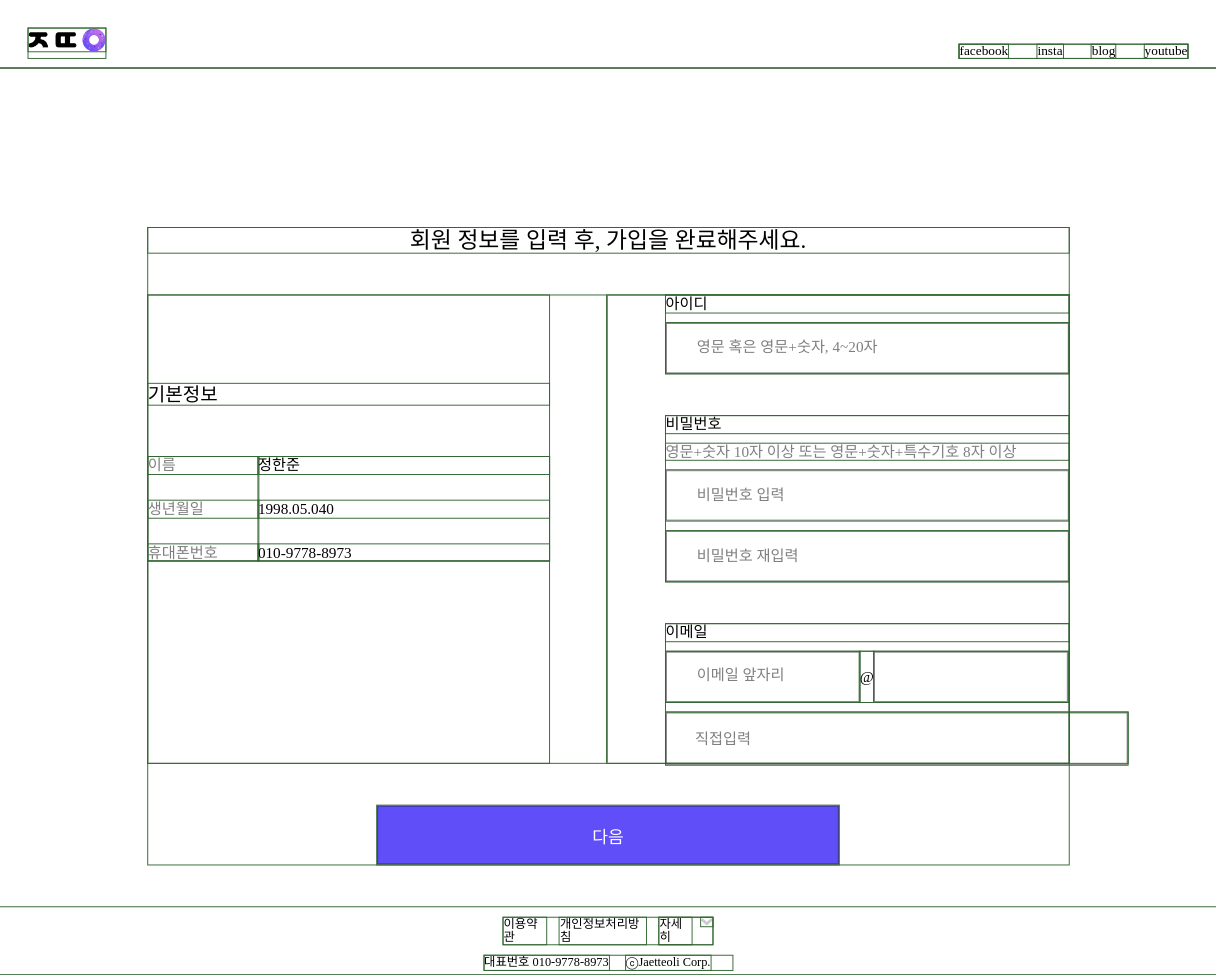
Repository: raoniee/Jaetteoli-React-Project
Page: /signup/begin
These files come from the project's save history. The page is drawn as it stood at one moment and after the next save; the edit follows.
The browser window is 1280 px wide. The pictures show the whole page, at 95% of full size.
Some web fonts or font styles are not loaded; a fallback is used. The project was rebuilt for these pictures with package versions that can differ from the ones it lists, and the page was loaded fresh each time. Also part of the build but not shown: src/component/main/ManageReview.module.css, src/component/main/ReviewContainer.module.css, src/component/main/ReviewItem.module.css, src/component/main/ReviewItem.js, src/component/main/ReviewContainer.js, src/component/sidebar/SideBar.module.css, src/component/sidebar/SideBar.js, src/component/main/ManageReview.js and 60 more.

Above is the page before, as saved 2023-07-06 23:58:31.

### public/index.html
<!DOCTYPE html>
<html lang="en">
<script src="//t1.daumcdn.net/mapjsapi/bundle/postcode/prod/postcode.v2.js"></script>
<head>
  <meta charset="utf-8" />
  <link rel="icon" href="%PUBLIC_URL%/favicon.ico" />
  <meta name="viewport" content="width=device-width, initial-scale=1" />
  <meta name="theme-color" content="#000000" />
  <meta name="description" content="Web site created using create-react-app" />
  <link rel="apple-touch-icon" href="%PUBLIC_URL%/logo192.png" />
  <link rel="manifest" href="%PUBLIC_URL%/manifest.json" />
  <title>재떨이</title>
</head>

<body>
  <div id="overlays"></div>
  <div id="root"></div>
</body>

</html>

### src/App.js
import Header from "./component/header/Header";
import ManageReview from "./component/main/ManageReview";
import TodayMenu from "./component/main/TodayMenu";
import TodayOrder from "./component/main/TodayOrder";
import ManageSale from "./component/main/ManageSale";

// Membership
import MembershipStart from "./component/memberShip/MembershipStart";
import MembershipInformation from "./component/memberShip/MembershipInformation";
import MembershipEnd from "./component/memberShip/MembershipEnd";

// login
import LoginStart from "./component/login/LoginStart";
import Search from "./component/login/Search";
import IDShow from "./component/login/IDShow";
import PasswordNew from "./component/login/PasswordNew";

import Regist1 from "./component/register/Regist1";
import Regist2 from "./component/register/Regist2";
import Regist3 from "./component/register/Regist3";

import { RouterProvider, createBrowserRouter } from "react-router-dom";
import SideBar from "./component/sidebar/SideBar";
import Home from "./component/home/Home";

const router = createBrowserRouter([
  { path: "/", element: <Home /> },
  // Membership
  { path: "/signup/agree", element: <MembershipStart /> },
  { path: "/signup/begin", element: <MembershipInformation /> },
  { path: "/signup/complete", element: <MembershipEnd /> },
  // login
  { path: "/login", element: <LoginStart /> },
  { path: "/help", element: <Search /> },
  { path: "/help/complete", element: <IDShow /> },
  { path: "/help/new-pw", element: <PasswordNew /> },
  //
  { path: "/today/menu", element: <TodayMenu /> },
  { path: "/today/order", element: <TodayOrder /> },
  { path: "/review", element: <ManageReview /> },
  { path: "/sales", element: <ManageSale /> },
  { path: "/register/store", element: <Regist1 /> },
  { path: "/register/menu", element: <Regist2 /> },
  { path: "/register/origin", element: <Regist3 /> },
]);

function App() {
  return <RouterProvider router={router} />;
}

export default App;

### src/store/index.js
import React from 'react';
import { configureStore } from '@reduxjs/toolkit';
import authReducer from './auth'

export default configureStore({
    reducer: {
        auth: authReducer
    },
})

### src/component/header/Header.js
import Nav from './Nav';
import style from './Header.module.css'
import logo from '../../assets/images/logo.png'

const Header = () => {
    return (
        <header>
            <div className={style.logo}>
                <img className={style.logoImg} src={logo}></img>
            </div>
            <Nav />
        </header>
    )
}

export default Header;

### src/component/memberShip/MembershipInformation.jsx
import React from "react";
import Footer from "../footer/Footer";
import Header from "../header/Header";
import style from "./MembershipInformation.module.css";

export default function MembershipInformation() {
  return (
    <div className={style.container}>
      <Header />
      <div className={style.MembershipInformation}>
        <span className={style.title}>
          회원 정보를 입력 후, 가입을 완료해주세요.
        </span>

        <div className={style.wrap}>
          <div className={style.left}>
            <p>기본정보</p>
            <div className={style.profile}>
              <ul className={style.profile_left}>
                <li>이름</li>
                <li>생년월일</li>
                <li>휴대폰번호</li>
              </ul>
              <ul className={style.profile_right}>
                <li>정한준</li>
                <li>1998.05.040</li>
                <li>010-9778-8973</li>
              </ul>
            </div>
          </div>

          <div className={style.right}>
            <form action="" className={style.ID}>
              <label htmlFor="">아이디</label>
              <input type="text" placeholder="영문 혹은 영문+숫자, 4~20자" />
            </form>

            <form action="" className={style.PASSWORD}>
              <label htmlFor="">비밀번호</label>
              <label htmlFor="">
                영문+숫자 10자 이상 또는 영문+숫자+특수기호 8자 이상
              </label>
              <input type="password" placeholder="비밀번호 입력" />
              <input type="password" placeholder="비밀번호 재입력" />
            </form>

            <form action="" className={style.EMAIL}>
              <label htmlFor="">이메일</label>
              <div className={style.email_input}>
                <input type="text" placeholder="이메일 앞자리" />
                <label>@</label>
                <input type="text" />
              </div>
              <ul className={style.email_link}>
                <li>직접입력</li>
              </ul>
            </form>
          </div>
        </div>

        <button className={style.bluebutton}>다음</button>
      </div>
      <Footer />
    </div>
  );
}

### src/store/auth.js
import { createSlice } from '@reduxjs/toolkit';

const initialStateValue = { jwt: '', name: '', firstLogin: 1, menuRegister: 1 }

export const authSlice = createSlice({
    name: "auth",
    initialState: { value: { jwt: '', name: '', firstLogin: 1, menuRegister: 1 } },
    reducers: {
        login: (state, action) => {
            state.value = action.payload
        },
        logout: (state) => {
            state.value = initialStateValue
        }
    },
});

export default authSlice.reducer;
export const { login, logout } = authSlice.actions;

### src/component/header/Nav.js
import style from './Nav.module.css'

const Nav = () => {
    return(
        <nav className={style.nav}>
            <ul className={style.navList}>
                <li>facebook</li>
                <li>insta</li>
                <li>blog</li>
                <li>youtube</li>
            </ul>
        </nav>
    )
}

export default Nav;

### src/component/header/Header.module.css
header {
    font-family: "Pretendard-SemiBold";
    width: 100%;
    height: 72px;
    display: flex;
    align-items: flex-end;
    justify-content: space-between;
    padding: 10px 30px;
    box-sizing: border-box;
    position: fixed;
    top: 0;
    left: 0;
    background-color: white;
    z-index: 1;
    border-bottom: 1px solid black;
}

.logoImg {
    width: 81px;
    height: 24px;
    margin-bottom: 4px;
}

### src/component/footer/Footer.jsx
import React from "react";
import style from "./Footer.module.css";
import { ReactComponent as ArrowDown } from '../../assets/images/arrow_down.svg'

export default function Footer() {
  return (
    <footer>
      <ul className={style.top}>
        <li>이용약관</li>
        <li>개인정보처리방침</li>
        <li>
          <p>자세히</p>
          <ArrowDown></ArrowDown>
        </li>
      </ul>
      <ul className={style.bottom}>
        <li>대표번호 010-9778-8973</li>
        <li>ⓒJaetteoli Corp.</li>
      </ul>
    </footer>
  );
}

### src/component/memberShip/MembershipInformation.module.css
.container {
  display: flex;
  flex-direction: column;
}

.MembershipInformation {
  margin: 0 auto;
  margin-top: 240px;
  margin-bottom: 45px;
}

.title {
  display: block;
  text-align: center;
  font-weight: 300;
  font-size: 24px;
  line-height: 26.4px;
  margin-bottom: 45px;
}

.wrap {
  display: flex;
  width: 969px;
  margin-bottom: 45px;
}

.left {
  padding-top: 93px;
  width: 422px;
  margin-right: 61px;
}

.left p {
  font-weight: 300;
  font-size: 20px;
  line-height: 22px;
  margin-bottom: 55px;
}

.left .profile {
  display: flex;

  font-weight: 300;
  font-size: 16px;
  line-height: 17.6px;
}

.left .profile_left {
  display: flex;
  flex-direction: column;
  gap: 28px;
  color: rgba(0, 0, 0, 0.5);

  width: 116px;
}

.left .profile_right {
  display: flex;
  flex-direction: column;
  gap: 28px;

  width: 306px;
}

.right {
  width: 486px;
  padding-left: 61px;
  font-weight: 300;
  font-size: 16px;
  line-height: 17.6px;
  border-left: 1px solid rgba(0, 0, 0, 0.5);
}

.right input {
  height: 53px;
  border: 1px solid rgba(0, 0, 0, 0.5);
}

.right input::placeholder {
  font-weight: 300;
  font-size: 16px;
  line-height: 17.6px;
  color: rgba(0, 0, 0, 0.5);
  padding-left: 30px;
}

.right .ID {
  display: flex;
  flex-direction: column;
  gap: 11px;
  margin-bottom: 45px;
}

.right .PASSWORD {
  display: flex;
  flex-direction: column;
  gap: 11px;
  margin-bottom: 45px;
}

.right .PASSWORD label:nth-child(2) {
  color: rgba(0, 0, 0, 0.5);
}

.right .EMAIL {
  display: flex;
  flex-direction: column;
  gap: 11px;
}

.right .EMAIL .email_input {
  display: flex;
  justify-content: space-between;
}

.right .EMAIL .email_input input {
  width: 217px;
}

.right .EMAIL .email_input label {
  line-height: 53px;
}

.right .EMAIL .email_link {
  width: 486px;
  height: 53px;
}

.right .EMAIL .email_link li {
  width: inherit;
  padding-left: 30px;
  border: 1px solid rgba(0, 0, 0, 0.5);
  line-height: 53px;
  color: rgba(0, 0, 0, 0.5);
}

.bluebutton {
  display: block;
  margin: 0 auto;
  width: 486px;
  height: 62px;
  background-color: rgba(96, 78, 248, 1);
  border: 1px solid rgba(0, 0, 0, 0.5);
  color: rgba(255, 255, 255, 1);
}

### src/component/header/Nav.module.css
.nav {
    font-family: "Pretendard-Regular";
    font-size: 14px;
}

.navList {
    width: 240px;
    display: flex;
    justify-content: space-between;
}

### src/component/memberShip/AgreeAlert.module.css
* {
  font-family: "Fira Sans";
  box-sizing: border-box;
}

.wrap {
  position: absolute;
  top: 50%;
  left: 50%;
  transform: translate(-50%, -50%);
  width: 771px;
  height: 568px;
}

.top {
  display: flex;
  justify-content: space-between;
  background-color: #604ef8;
  height: 55.8px;
}

.top .title {
  font-weight: 500;
  font-size: 14px;
  line-height: 55.8px;
  color: #ffffff;
  margin-left: 31px;
}

.top .close {
  margin-top: 22px;
  margin-right: 32px;
  cursor: pointer;
}

.middle {
  background: white;
  padding: 20px 30px;
}

.middle .information ul {
  display: flex;
  margin-bottom: 15px;
}

.middle .information ul li {
  font-weight: 500;
  font-size: 13px;
  line-height: 15.6px;
}

.middle .information ul li:nth-child(1) {
  flex-grow: 15;
}
.middle .information ul li:nth-child(2) {
  text-align: right;
  flex-grow: 1;
}
.middle .information ul li:nth-child(3) {
  text-align: right;
  flex-grow: 1;
}

.middle .information p {
  padding: 10px 7px;
  height: 360.97px;
  font-weight: 400;
  font-size: 11px;
  line-height: 13.2px;
  border: 1px solid #dadada;
  overflow-y: scroll;
}

.bottom {
  position: relative;
  height: 82px;
  background-color: #f6f6f6;
}

.bottom button {
  position: absolute;
  bottom: 21px;
  right: 30.5px;
  width: 97.5px;
  height: 31px;
  border: 1px solid #604ef8;
  border-radius: 5px;
  cursor: pointer;
}

### src/component/footer/Footer.module.css
/* * {
  outline: 1px solid #363;
} */

footer {
  height: 71px;
  font-weight: 300;
  font-size: 13px;
  line-height: 14.3px;
}

footer ul {
  display: flex;
}

.top {
  width: 220px;
  gap: 14px;
  margin: 0 auto;
  margin-top: 11px;
  margin-bottom: 12px;
}

.top li {
  display: flex;
}

.top li p {
  margin-right: 10px;
}

.bottom {
  width: 261px;
  gap: 18px;
  margin: 0 auto;
}

### src/component/login/PasswordSearch.module.css
* {
  outline: 1px solid #363;
}
.PasswordSearch {
  position: absolute;
  top: 50%;
  left: 50%;
  transform: translate(-50%, -50%);
  width: 486px;
}

.title {
  display: block;
  text-align: center;
  font-weight: 300;
  font-size: 32px;
  line-height: 35.2px;
  margin-bottom: 48px;
}

.search_option {
  width: inherit;
  display: flex;
  height: 62px;
  border: 1px solid rgba(0, 0, 0, 0.5);
  margin-bottom: 31px;
}

.search_option li {
  flex-grow: 1;
  font-weight: 300;
  font-size: 16px;
  line-height: 62px;
  text-align: center;
}

.search_option li:last-child {
  border-left: 1px solid rgba(0, 0, 0, 0.5);
}

.PASSWORD_SEARCH {
  display: block;
  width: 486px;
  display: flex;
  flex-direction: column;
  margin: 0 auto;
}

.PASSWORD_SEARCH label {
  font-weight: 300;
  font-size: 16px;
  line-height: 17.6px;
  margin-bottom: 9px;
}

.PASSWORD_SEARCH input {
  height: 62px;
  border: 1px solid rgba(0, 0, 0, 0.5);
  padding-left: 30px;
}

.PASSWORD_SEARCH input::placeholder {
  font-weight: 300;
  font-size: 16px;
  line-height: 17.6px;
}

.PASSWORD_SEARCH .id {
  margin-bottom: 20px;
}

.PASSWORD_SEARCH .phone {
  margin-bottom: 31px;
}

.certification {
  display: block;
  width: 486px;
  margin: 0 auto;
}

.certification_desc {
  display: block;
  width: 486px;
}

.bluebutton {
  width: 486px;
  height: 62px;
  border: 1px solid rgba(0, 0, 0, 0.5);
  background-color: rgba(96, 78, 248, 1);
  font-weight: 700;
  font-size: 20px;
  line-height: 22px;
  color: rgba(255, 255, 255, 1);
  margin: 0 auto;
}

### src/component/home/Login.module.css
.btnContainer {
    width: 276px;
    height: 48px;
    display: flex;
    justify-content: space-around;
}

button {
    width: 114px;
    height: 48px;
    border: 2px solid #604EF8;
    font-family: 'Pretendard-Regular';
    font-size: 18px;
}

.login {
    background-color: white;

}

.signup {
    background-color: #604EF8;
    color: white;
}

Loaded but not shown: src/index.js (common file); src/index.css (common file)

After the next save:
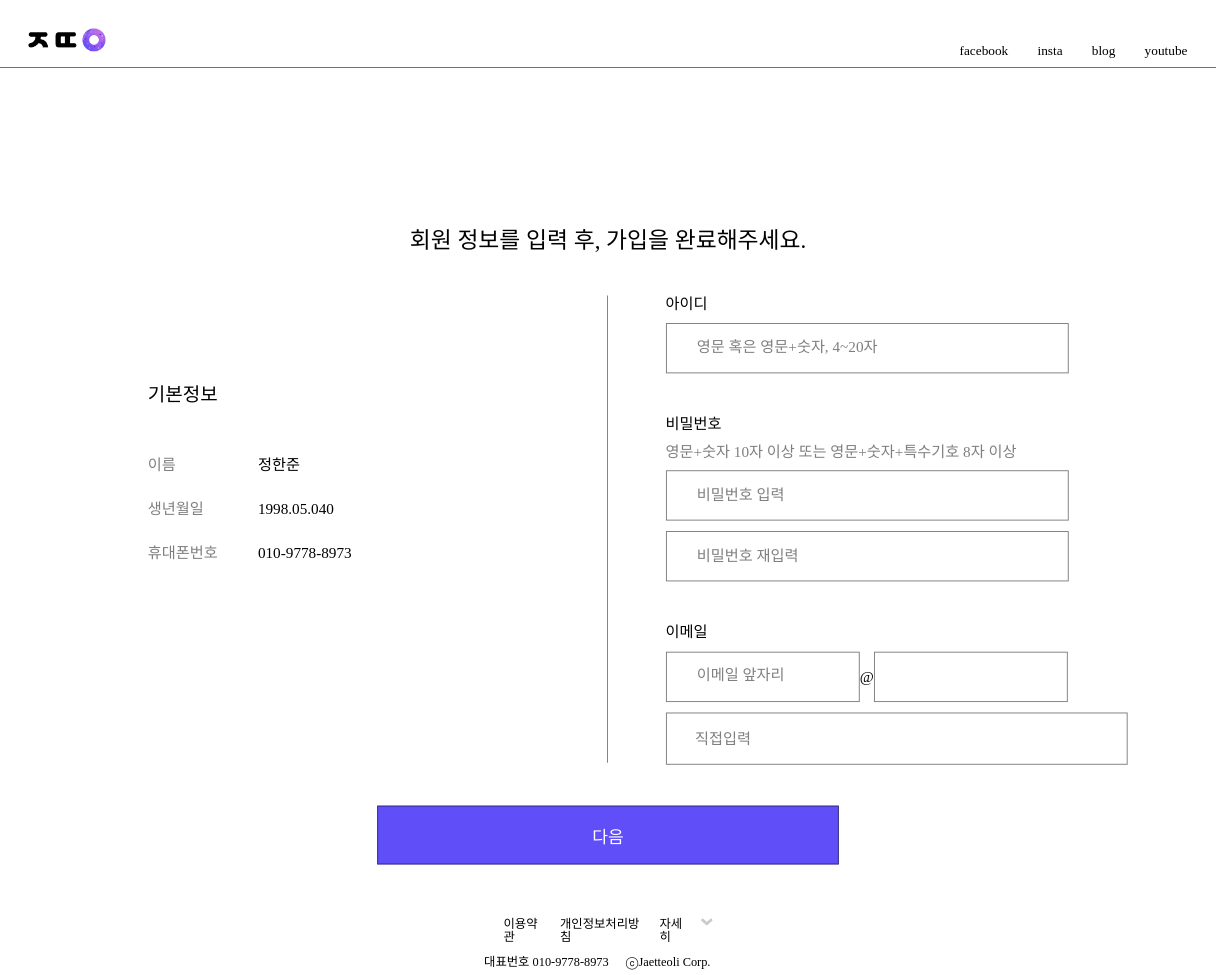
Saved 75 s later.
--- a/src/component/login/PasswordSearch.module.css
+++ b/src/component/login/PasswordSearch.module.css
@@ -1,6 +1,6 @@
-* {
+/* * {
   outline: 1px solid #363;
-}
+} */
 .PasswordSearch {
   position: absolute;
   top: 50%;

After the save that followed:
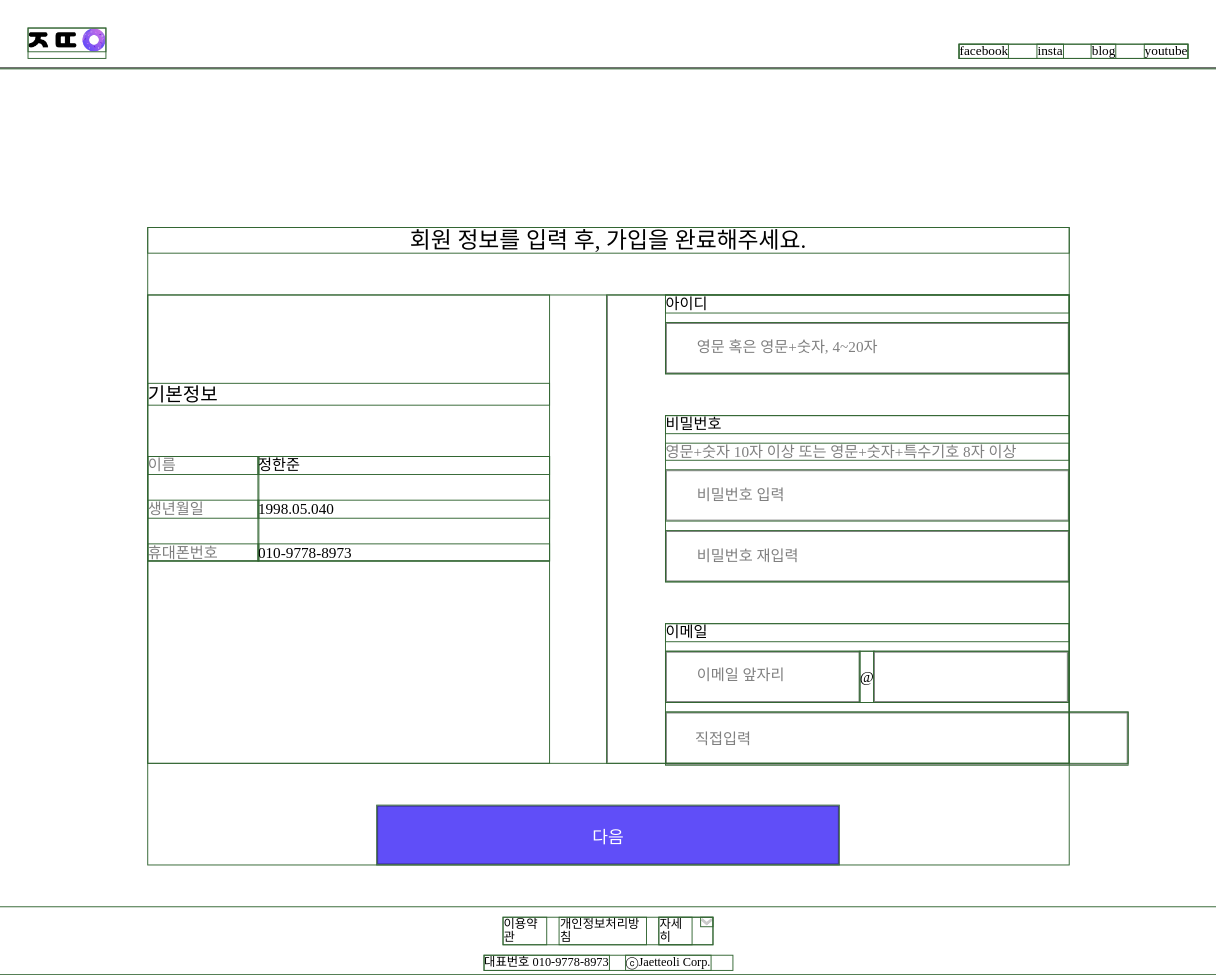
Saved 9 s later.
--- a/src/component/login/PasswordSearch.module.css
+++ b/src/component/login/PasswordSearch.module.css
@@ -1,6 +1,6 @@
-/* * {
+* {
   outline: 1px solid #363;
-} */
+}
 .PasswordSearch {
   position: absolute;
   top: 50%;
